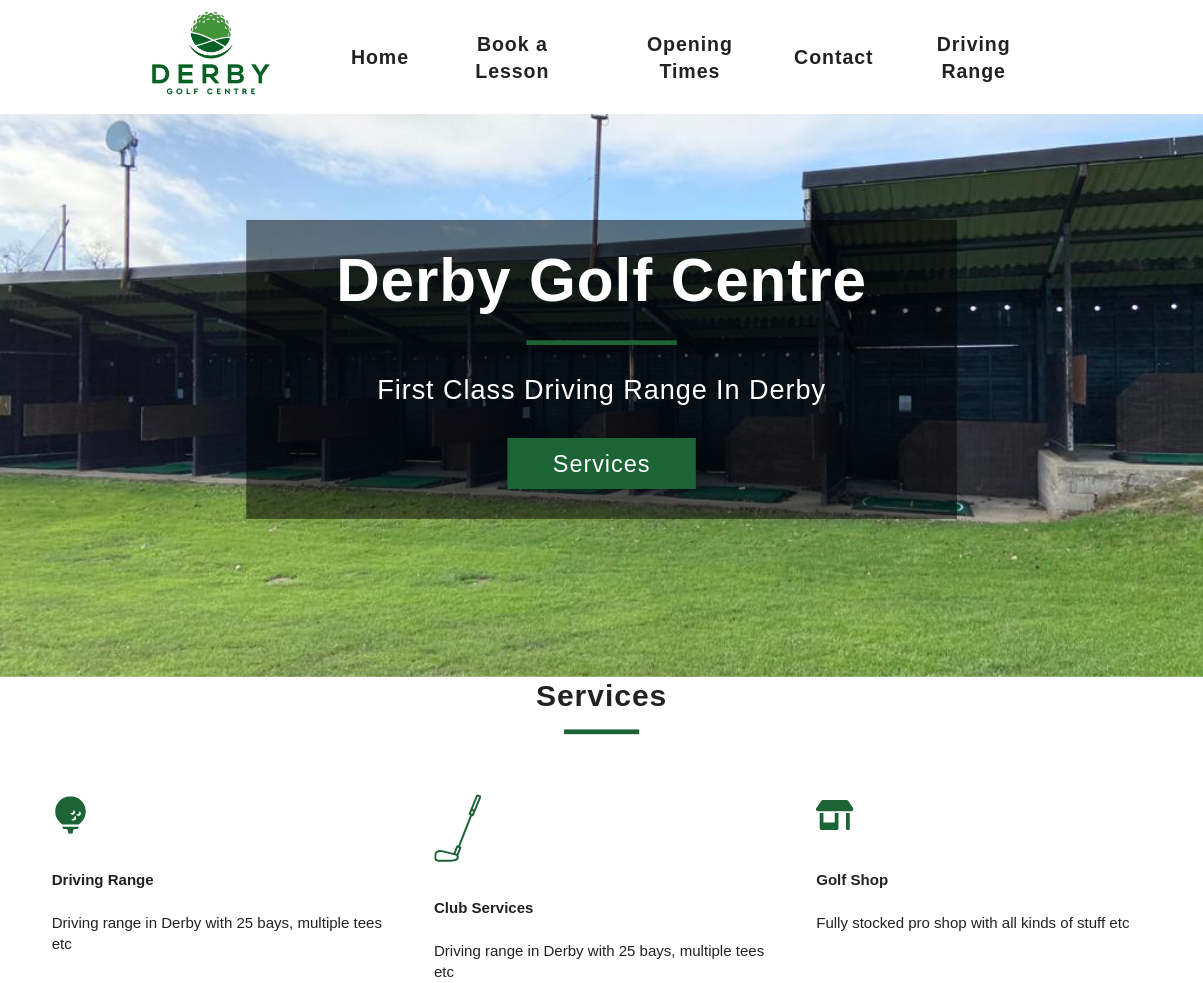
Repository: frankinstyyn/nigeljamesconsulting
Page: /
The author's editor kept a copy of each file at every save. The page is drawn from the files as they stood at one save, then again after the next save.
The browser window is 1280 px wide. The pictures show the whole page, at 94% of full size.
Some web fonts or font styles are not loaded; a fallback is used. The project was rebuilt for these pictures with package versions that can differ from the ones it lists, and the page was loaded fresh each time. Also part of the build but not shown: src/pages/Lesson.js, src/pages/SingleRoom.js, src/pages/Error.js.

Above is the page before, as saved 2021-01-08 17:46:01.

After the next save:
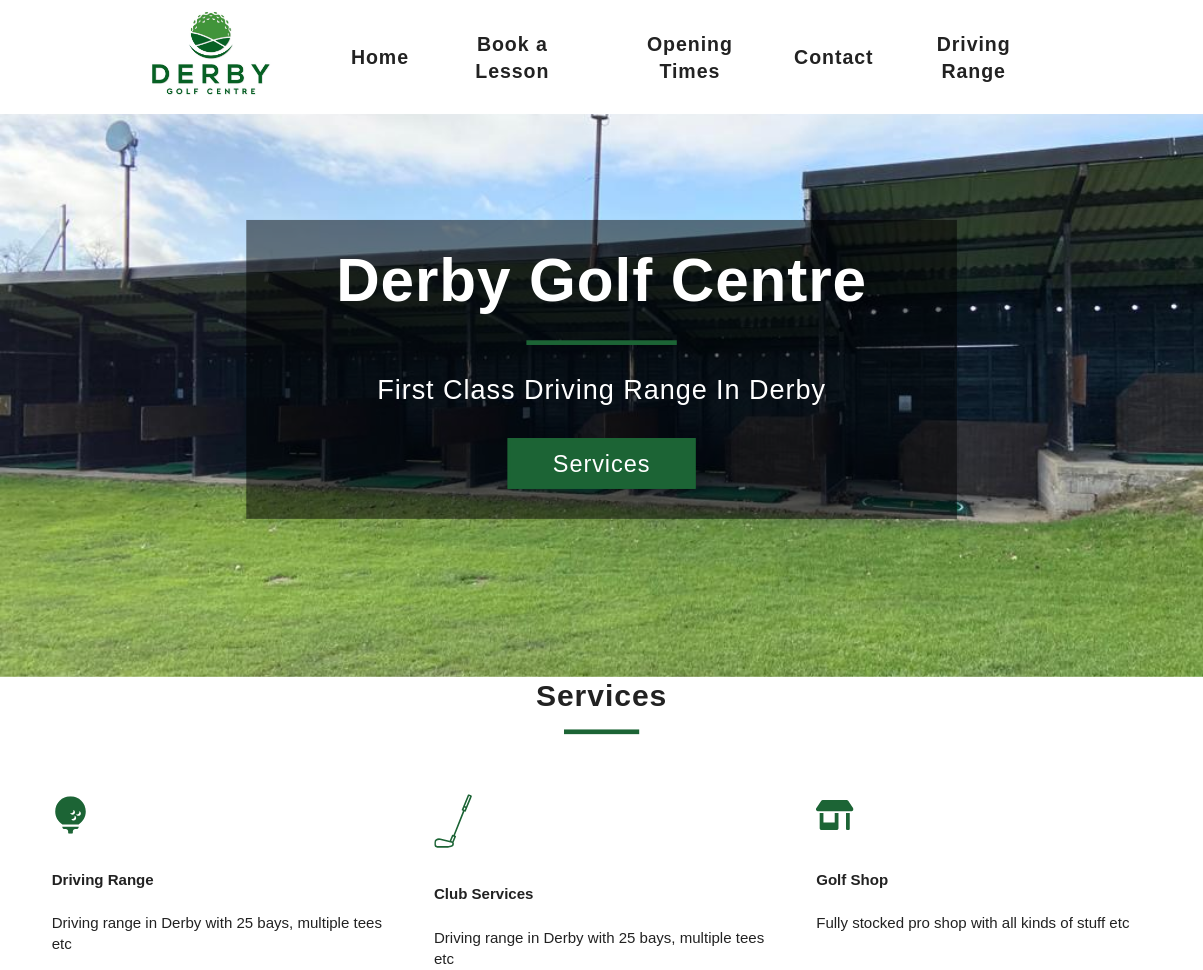
Saved 39 s later.
--- a/src/App.css
+++ b/src/App.css
@@ -271,7 +271,7 @@
 }
 
 .servicesImg {
-  width: 50px;
+  width: 40px;
 }
 @media screen and (min-width: 992px) {
   .services-center {
